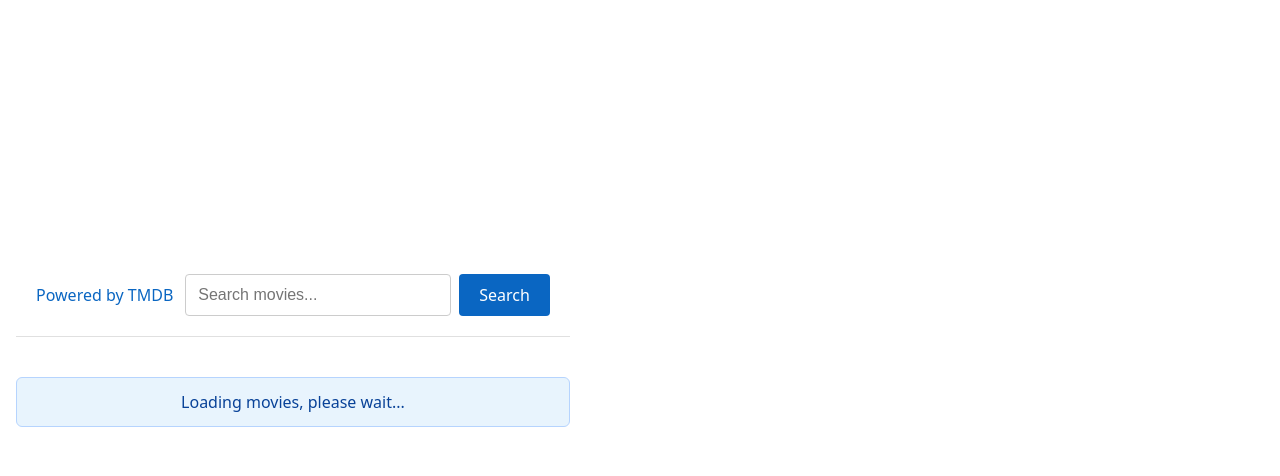
Repository: SvitSh/03-react-movies
Page: /
These files come from the project's save history. The page is drawn as it stood at one moment and after the next save; the edit follows.
The browser window is 1280 px wide. The pictures show the whole page.
The page's requests for data from a server got no answer. The project was rebuilt for these pictures with package versions that can differ from the ones it lists, and the page was loaded fresh each time. No one was signed in, and anything a server would have sent is missing. Also part of the build but not shown: vite.config.ts, src/components/MovieGrid/MovieGrid.module.css, src/components/MovieGrid/MovieGrid.tsx, src/components/MovieModal/MovieModal.module.css, src/components/MovieModal/MovieModal.tsx, src/components/ErrorMessage/ErrorMessage.module.css, src/components/ErrorMessage/ErrorMessage.tsx.

Above is the page before, as saved 2025-07-25 11:43:45.

### src/main.tsx
// src/main.tsx
import React from "react";
import ReactDOM from "react-dom/client";
import { QueryClient, QueryClientProvider } from "@tanstack/react-query";
import App from "./components/App/App";
import "./index.css";

const queryClient = new QueryClient();

ReactDOM.createRoot(document.getElementById("root")!).render(
  <React.StrictMode>
    <QueryClientProvider client={queryClient}>
      <App />
    </QueryClientProvider>
  </React.StrictMode>
);

### src/components/App/App.tsx
// src/components/App/App.tsx

import { useEffect, useState } from "react";
import { useQuery } from "@tanstack/react-query";
import ReactPaginate from "react-paginate";
import toast, { Toaster } from "react-hot-toast";

import { fetchMovies, fetchSearchMovies } from "../../services/movieService";
import type { Movie, MovieResponse } from "../../types/movie";

import SearchBar from "../SearchBar/SearchBar";
import MovieGrid from "../MovieGrid/MovieGrid";
import MovieModal from "../MovieModal/MovieModal";
import Loader from "../Loader/Loader";
import ErrorMessage from "../ErrorMessage/ErrorMessage";

import styles from "./App.module.css";

const App = () => {
  const [searchQuery, setSearchQuery] = useState("");
  const [page, setPage] = useState(1);
  const [selectedMovie, setSelectedMovie] = useState<Movie | null>(null);

  const { data, isLoading, isError } = useQuery<MovieResponse, Error>({
    queryKey: ["movies", searchQuery, page],
    queryFn: () =>
      searchQuery.trim()
        ? fetchSearchMovies(searchQuery, page)
        : fetchMovies(page),
    placeholderData: undefined,
    refetchOnWindowFocus: false,
  });

  useEffect(() => {
    if (data && data.results.length === 0) {
      toast.error("No movies found for your request.");
    }
  }, [data]);

  const handleSearch = (query: string) => {
    setSearchQuery(query);
    setPage(1);
  };

  const handlePageChange = ({ selected }: { selected: number }) => {
    setPage(selected + 1);
  };

  return (
    <div className={styles.app}>
      <Toaster position="top-center" reverseOrder={false} />
      <SearchBar onSubmit={handleSearch} />

      {isLoading && <Loader />}
      {isError && (
        <ErrorMessage>There was an error, please try again...</ErrorMessage>
      )}

      {data?.results && data.results.length > 0 && (
        <>
          <MovieGrid movies={data.results} onSelect={setSelectedMovie} />

          {data.total_pages > 1 && (
            <ReactPaginate
              pageCount={Math.min(data.total_pages, 500)}
              pageRangeDisplayed={5}
              marginPagesDisplayed={1}
              onPageChange={handlePageChange}
              forcePage={page - 1}
              containerClassName={styles.pagination}
              activeClassName={styles.active}
              nextLabel="→"
              previousLabel="←"
            />
          )}
        </>
      )}

      {selectedMovie && (
        <MovieModal
          movie={selectedMovie}
          onClose={() => setSelectedMovie(null)}
        />
      )}
    </div>
  );
};

export default App;

### src/services/movieService.ts
// src/services/movieService.ts
import axios from "axios";
import type { MovieResponse } from "../types/movie";

const BASE_URL = "https://api.themoviedb.org/3";
const HEADERS = {
  Authorization: `Bearer ${import.meta.env.VITE_TMDB_ACCESS_TOKEN}`,
};

export const fetchMovies = async (page: number): Promise<MovieResponse> => {
  const response = await axios.get<MovieResponse>(`${BASE_URL}/movie/popular`, {
    headers: HEADERS,
    params: { page },
  });
  return response.data;
};

export const fetchSearchMovies = async (
  query: string,
  page: number
): Promise<MovieResponse> => {
  const response = await axios.get<MovieResponse>(`${BASE_URL}/search/movie`, {
    headers: HEADERS,
    params: { query, page },
  });
  return response.data;
};

### src/components/SearchBar/SearchBar.tsx
// src/components/SearchBar/SearchBar.tsx

import React from "react";
import toast from "react-hot-toast";
import styles from "./SearchBar.module.css";

export interface SearchBarProps {
  onSubmit: (query: string) => void;
}

const SearchBar: React.FC<SearchBarProps> = ({ onSubmit }) => {
  const action = (formData: FormData) => {
    const query = String(formData.get("query") ?? "").trim();

    if (!query) {
      toast.error("Please enter your search query.");
      return;
    }

    onSubmit(query);
  };

  return (
    <header className={styles.header}>
      <div className={styles.container}>
        <a
          className={styles.link}
          href="https://www.themoviedb.org/"
          target="_blank"
          rel="noopener noreferrer"
        >
          Powered by TMDB
        </a>

        {/* <-- Саме ТАК: action={action} */}
        <form className={styles.form} action={action}>
          <input
            className={styles.input}
            type="text"
            name="query"
            autoComplete="off"
            placeholder="Search movies..."
          />
          <button className={styles.button} type="submit">
            Search
          </button>
        </form>
      </div>
    </header>
  );
};

export default SearchBar;

### src/components/Loader/Loader.tsx
import React from "react";
import styles from "./Loader.module.css";

const Loader: React.FC = () => (
  <p className={styles.text}>Loading movies, please wait...</p>
);

export default Loader;

### src/components/App/App.module.css
.app {
  padding: 16px;
}

.header {
  display: flex;
  justify-content: space-between;
  align-items: center;
  margin-bottom: 16px;
}

### src/components/SearchBar/SearchBar.module.css
.header {
  padding: 20px;
  background-color: #ffffff;
  border-bottom: 1px solid #e0e0e0;
  margin-bottom: 20px;
}

.container {
  max-width: 1440px;
  margin: 0 auto;
  display: flex;
  justify-content: space-between;
  align-items: center;
  flex-wrap: wrap;
  gap: 12px;
}

.link {
  font-size: 16px;
  font-weight: 500;
  color: #0a66c2;
  text-decoration: none;
  transition: color 0.2s ease;
}

.link:hover {
  color: #004182;
  text-decoration: underline;
}

.form {
  display: flex;
  gap: 8px;
  flex-wrap: nowrap;
}

.input {
  padding: 10px 12px;
  font-size: 16px;
  border: 1px solid #ccc;
  border-radius: 4px;
  width: 240px;
}

.button {
  padding: 10px 20px;
  font-size: 16px;
  background-color: #0a66c2;
  color: white;
  border: none;
  border-radius: 4px;
  cursor: pointer;
}

.button:hover {
  background-color: #004182;
}

Loaded but not shown: index.html (common file); src/index.css (common file); src/components/Loader/Loader.module.css (common file)

After the next save:
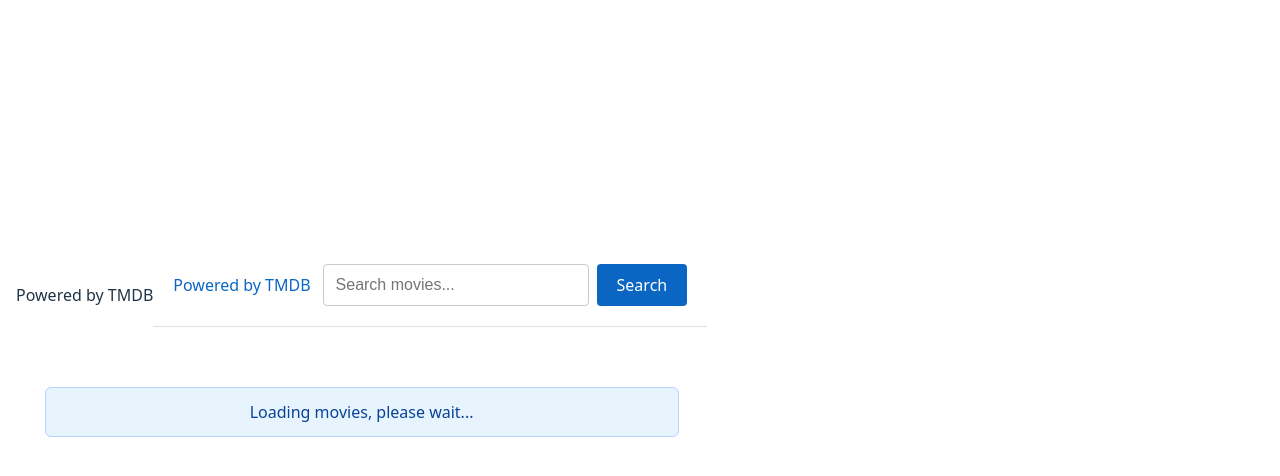
Saved 11 s later.
--- a/src/components/App/App.tsx
+++ b/src/components/App/App.tsx
@@ -1,9 +1,9 @@
 // src/components/App/App.tsx
 
-import { useEffect, useState } from "react";
+import { useState } from "react";
 import { useQuery } from "@tanstack/react-query";
 import ReactPaginate from "react-paginate";
-import toast, { Toaster } from "react-hot-toast";
+import { Toaster, toast } from "react-hot-toast";
 
 import { fetchMovies, fetchSearchMovies } from "../../services/movieService";
 import type { Movie, MovieResponse } from "../../types/movie";
@@ -27,15 +27,13 @@
       searchQuery.trim()
         ? fetchSearchMovies(searchQuery, page)
         : fetchMovies(page),
-    placeholderData: undefined,
     refetchOnWindowFocus: false,
+    onSuccess: (data) => {
+      if (data.results.length === 0) {
+        toast.error("No movies found for your request.");
+      }
+    },
   });
-
-  useEffect(() => {
-    if (data && data.results.length === 0) {
-      toast.error("No movies found for your request.");
-    }
-  }, [data]);
 
   const handleSearch = (query: string) => {
     setSearchQuery(query);
@@ -48,15 +46,19 @@
 
   return (
     <div className={styles.app}>
-      <Toaster position="top-center" reverseOrder={false} />
-      <SearchBar onSubmit={handleSearch} />
+      <div className={styles.header}>
+        <p>Powered by TMDB</p>
+        <SearchBar onSubmit={handleSearch} />
+      </div>
+
+      <Toaster position="top-right" />
 
       {isLoading && <Loader />}
       {isError && (
         <ErrorMessage>There was an error, please try again...</ErrorMessage>
       )}
 
-      {data?.results && data.results.length > 0 && (
+      {data?.results && (
         <>
           <MovieGrid movies={data.results} onSelect={setSelectedMovie} />
 

After the save that followed:
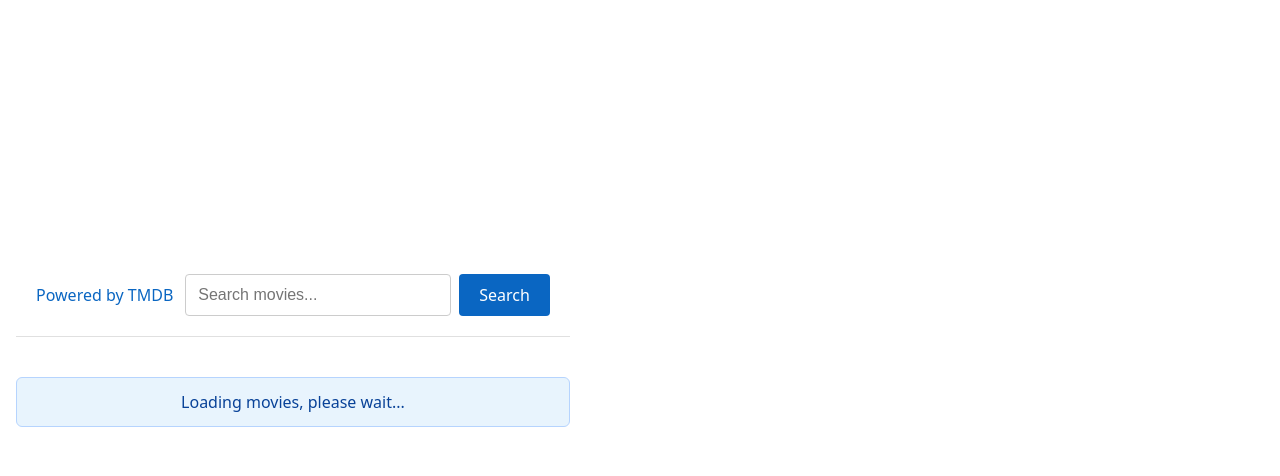
Saved 19 s later.
--- a/src/components/App/App.tsx
+++ b/src/components/App/App.tsx
@@ -1,9 +1,9 @@
 // src/components/App/App.tsx
 
-import { useState } from "react";
+import { useEffect, useState } from "react";
 import { useQuery } from "@tanstack/react-query";
 import ReactPaginate from "react-paginate";
-import { Toaster, toast } from "react-hot-toast";
+import toast, { Toaster } from "react-hot-toast";
 
 import { fetchMovies, fetchSearchMovies } from "../../services/movieService";
 import type { Movie, MovieResponse } from "../../types/movie";
@@ -27,13 +27,15 @@
       searchQuery.trim()
         ? fetchSearchMovies(searchQuery, page)
         : fetchMovies(page),
+    placeholderData: undefined,
     refetchOnWindowFocus: false,
-    onSuccess: (data) => {
-      if (data.results.length === 0) {
-        toast.error("No movies found for your request.");
-      }
-    },
   });
+
+  useEffect(() => {
+    if (data && data.results.length === 0) {
+      toast.error("No movies found for your request.");
+    }
+  }, [data]);
 
   const handleSearch = (query: string) => {
     setSearchQuery(query);
@@ -46,19 +48,15 @@
 
   return (
     <div className={styles.app}>
-      <div className={styles.header}>
-        <p>Powered by TMDB</p>
-        <SearchBar onSubmit={handleSearch} />
-      </div>
-
-      <Toaster position="top-right" />
+      <Toaster position="top-center" reverseOrder={false} />
+      <SearchBar onSubmit={handleSearch} />
 
       {isLoading && <Loader />}
       {isError && (
         <ErrorMessage>There was an error, please try again...</ErrorMessage>
       )}
 
-      {data?.results && (
+      {data?.results && data.results.length > 0 && (
         <>
           <MovieGrid movies={data.results} onSelect={setSelectedMovie} />
 
